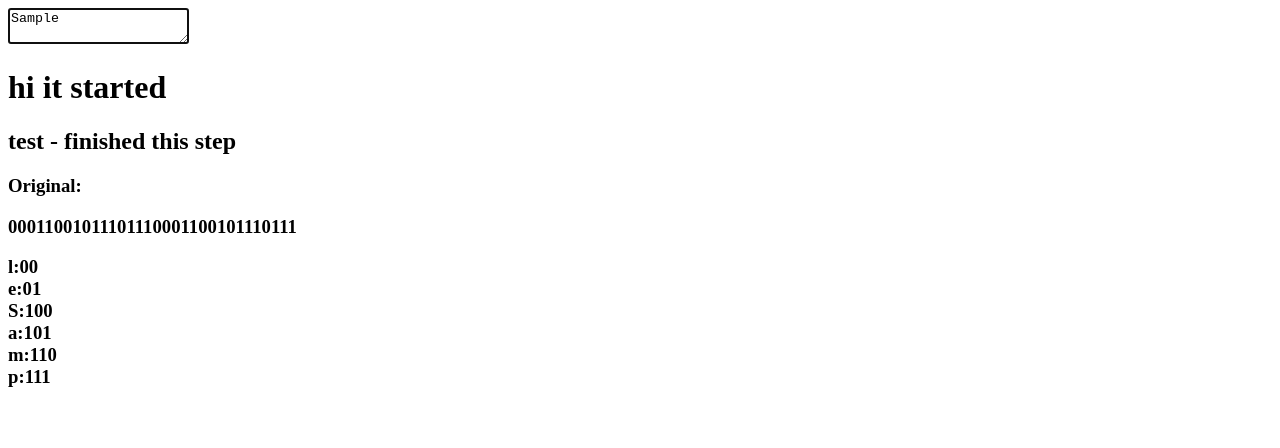
Repository: rdass1/HuffmanCoding-Decoding
Page: index.html
The author's editor kept a copy of each file at every save. The page is drawn from the files as they stood at one save, then again after the next save.
The browser window is 1280 px wide. The pictures show the whole page.
Empty fields were first filled with sample values (such as "Sample", 5 or name@example.com).
After loading, the first visible `#encoderInput` was changed once.

Above is the page before, as saved 2021-11-27 00:55:12.

### index.html
<!DOCTYPE html>
<html>
<head>
    <meta charset="UTF-8">
    <meta name="viewport" content="width=device-width, initial-scale=1.0">
    <meta http-equiv="X-UA-Compatible" content="ie=edge">
    <title>HuffmanCoding-Decoding</title>
    <link rel="stylesheet" href="style.css">

</head>
<body>

    <textarea type="text" id="encoderInput" placeholder="type text here e.g 'Mississippi river'" autofocus></textarea>
    <h1>hi it started</h1>
    <h2>test - finished this step</h2>
    <h3 id="charCodesInOrder">Original:<br></h3>
    <h3 id="charCodes">Sorted:<br></h3>
    <h3 id="charCodesVerbose"></h3>
    <canvas></canvas>






    <script src="https://d3js.org/d3.v7.min.js"></script>
    <script src="./javascript/huffmanNode.js"></script>
    <script src="./javascript/draw.js"></script>
    <script src="./javascript/updater.js"></script>
    <script src="./javascript/index.js"></script>
</body>
</html>

### javascript/huffmanNode.js
class HuffmanNode{
    constructor(){
        this.data = 0;
        this.c = '';
        this.code = '';
        this.left = null;
        this.right = null;
    }
}

function HuffmanCoding(){

}
HuffmanCoding.prototype = {
    createTree: function(string){
        var sortedFrequency = sortFrequency(frequency(string));


        var charArray = [];
        var charFreq = [];

        sortedFrequency.forEach(x => charArray.push(x[0]));
        sortedFrequency.forEach(x => charFreq.push(x[1]));

        let n = charArray.length;
        let queue = [];



        for(var i = 0; i < n; i++){
            let huffNode = new HuffmanNode();
            huffNode.c = charArray[i];
            huffNode.data = charFreq[i];
            huffNode.left = null;
            huffNode.right = null;
            queue.push(huffNode);

        }

        var root = null;
        queue.sort(function(a,b){return a.data-b.data});

        while(queue.length>1){
            var x = queue[0];
            queue.shift();
            var y = queue[0];
            queue.shift();
            var f = new HuffmanNode();
            f.data = x.data + y.data;
            f.c = '-';
            f.left = x;
            f.right = y;
            root = f;
            queue.push(f);
            queue.sort(function(a,b){return a.data-b.data});
        }
        return root;
    },
    printCode: function(root, s){
        if(root == null){
            return;
        }
        if (root.left == null && root.right == null && ((root.c).toLowerCase()) != ((root.c).toUpperCase())){
            root.code += s;
            for(var i = 0; i < root.data;i++){
                document.getElementById("charCodes").innerHTML += root.code;
            }
            document.getElementById("charCodesVerbose").innerHTML +=root.c + ":" + s+"<br>";
            return;
        }
        this.printCode(root.left,s+"0");
        this.printCode(root.right,s+"1");

    },
    printEncodedCode: function(root){
        if(root == null){
            return;
        }
        if (root.left == null && root.right == null && ((root.c).toLowerCase()) != ((root.c).toUpperCase())){
            for(var i = 0; i < root.data;i++){
                document.getElementById("charCodes").innerHTML += root.code;
            }
            return;
        }
        console.log('hi');
        this.printEncodedCode(root.left);
        this.printEncodedCode(root.right);

    },
    clearTable: function(){
        document.getElementById("charCodes").innerHTML = "";
        document.getElementById("charCodesVerbose").innerHTML = "";
    }
}

### javascript/draw.js

function drawGraph(HuffmanTable) {
    //parse data
    var list = [].concat(HuffmanTable),
        tableSize = HuffmanTable.length;

    while (list.length > 1) {
        var y = list.pop();
        var x = list.pop();
        var obj = {
            'value': x.value + y.value,
            'children': [x, y]
        }
        list.push(obj);
    }

    // Draw graph
    var margin = {
            top: 25,
            right: 5,
            bottom: 5,
            left: 5
        },
        width = (70 * tableSize) - margin.right - margin.left,
        height = (70 * tableSize) - margin.top - margin.bottom;

    var i = 0;

    var tree = d3.layout.tree().size([height, width]);
    var diagonal = d3.svg.diagonal().projection(function(d) {
        return [d.x, d.y];
    });
    var svg = d3.select("canvas").append("svg")
        .attr("width", width + margin.right + margin.left).attr("height", height + margin.top + margin.bottom)
        .append("g")
        .attr("transform", "translate(" + margin.left + "," + margin.top + ")");


    root = list.pop();

    var nodes = tree.nodes(root),
        links = tree.links(nodes);

    nodes.forEach(function(d) {
        d.y = d.depth * 70;
    });

    var gNode = svg.selectAll("g.node")
        .data(nodes, function(d) {
            return d.id || (d.id = ++i);
        });

    var nodeEnter = gNode.enter().append("g")
        .attr("class", "node")
        .attr("transform", function(d) {
            return "translate(" + d.x + "," + d.y + ")";
        });

    var circle = nodeEnter.append("circle")
        .attr("r", 0);

    circle.transition()
        .delay(function(d, i) {
            return i * 80;
        })
        .attr("r", 20)
        .style("fill", function(d, i) {
            return d.children || d._children ? '#FFE066' : '#fff';
        })
        .duration(1000)
        .ease('elastic');

    //Enter the char
    var charText = nodeEnter.append('text')
        .attr('y', 5)
        .attr("text-anchor", "middle")
        .style('font-size', function(d, i) {
            if (d.value.length > 14) {
                return 8;
            }

            return 12;
        });

    charText.transition()
        .delay(function(d, i) {
            return i * 90;
        })
        .text(function(d) {
            return d.value;
        });

    //Enter the code & frequency
    var codeText = nodeEnter.append('text')
        .attr("y", 40)
        .attr("id", "code")
        .attr("text-anchor", "middle")
        .style('display', 'none')
        .style('font-size', function(d, i) {
            if (d.code) {
                if (d.code.length > 14) {
                    return 8;
                }
            }
            return 11;
        })
        .style('font-weight', 'normal')
        .text(function(d, i) {
            return d.code;
        })

    gNode.on('mouseover', function() {
        d3.select(this).select('#code')
            .style('display', 'block');

    }).on('mouseout', function() {
        d3.select(this).select('#code')
            .style('display', 'none');
    })

    //Enter the path code  0/1
    var pathText = nodeEnter.append('text')
        .attr("y", -30)
        .style('font-size', '10px');

    pathText.transition()
        .delay(function(d, i) {
            return i * 85;
        })
        .text(function(d) {
            return d.code ? d.code.substr(d.code.length - 1) : 1
        });


    //PATH
    var path = svg.selectAll("path.link")
        .data(links, function(d) {
            return d.target.id;
        });

    var pathT = path.enter().insert("path", "g")
        .attr("class", "link");

    pathT.transition()
        .delay(function(d, i) {
            return i * 85;
        })
        .attr("d", diagonal);
}

### javascript/updater.js
var huffmanCoding = new HuffmanCoding();



var encoder = document.getElementById('encoderInput');


encoder.addEventListener('input',
    function inputListener(e){

        var root = huffmanCoding.createTree(encoder.value);
        huffmanCoding.clearTable();

        huffmanCoding.printCode(root,"");
        huffmanCoding.printEncodedCode(root);

        console.clear();
        print(root);
    }

);

### javascript/index.js




const print = (x) => console.log(x);



let frequency = (string) => {
    var freqDict = {}
    for (var i=0; i<string.length;i++) {
        var character = string.charAt(i);
        if (freqDict[character]) {
            freqDict[character]++;
        } else {
            freqDict[character] = 1;
        }
    }

    return freqDict;
}

let sortFrequency = (dict) => {
    var items = Object.keys(dict).map(function(key) {
        return [key, dict[key]];
    });

    items.sort(function(first, second){
        return  first[1] - second[1];
    });
    return items;
}





var string = "AAAAABBBBBBBBBCCCCCCCCCCCCDDDDDDDDDDDDDEEEEEEEEEEEEEEEEFFFFFFFFFFFFFFFFFFFFFFFFFFFFFFFFFFFFFFFFFFFFF";

// function run(string){

// }


function printCode(root,s){

}


// print(huffmanCoding.createTree(string));
// print(HuffmanCoding.createTree(string));
// printCode(root,"");

Loaded but not shown: style.css (no stored copy; drawn as an empty file)

After the next save:
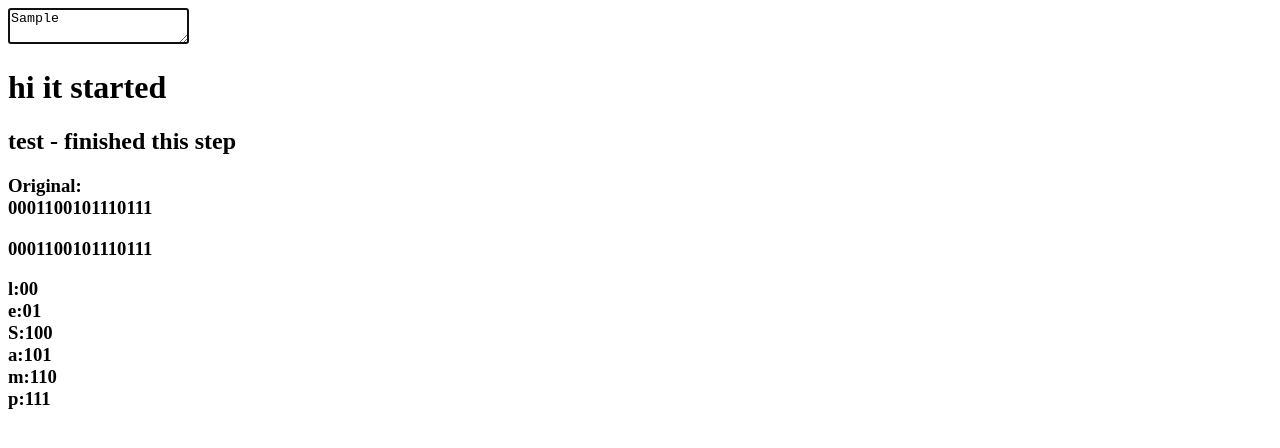
Saved 77 s later.
--- a/javascript/huffmanNode.js
+++ b/javascript/huffmanNode.js
@@ -63,7 +63,7 @@ HuffmanCoding.prototype = {
         if (root.left == null && root.right == null && ((root.c).toLowerCase()) != ((root.c).toUpperCase())){
             root.code += s;
             for(var i = 0; i < root.data;i++){
-                document.getElementById("charCodes").innerHTML += root.code;
+                document.getElementById("charCodesInOrder").innerHTML += root.code;
             }
             document.getElementById("charCodesVerbose").innerHTML +=root.c + ":" + s+"<br>";
             return;
